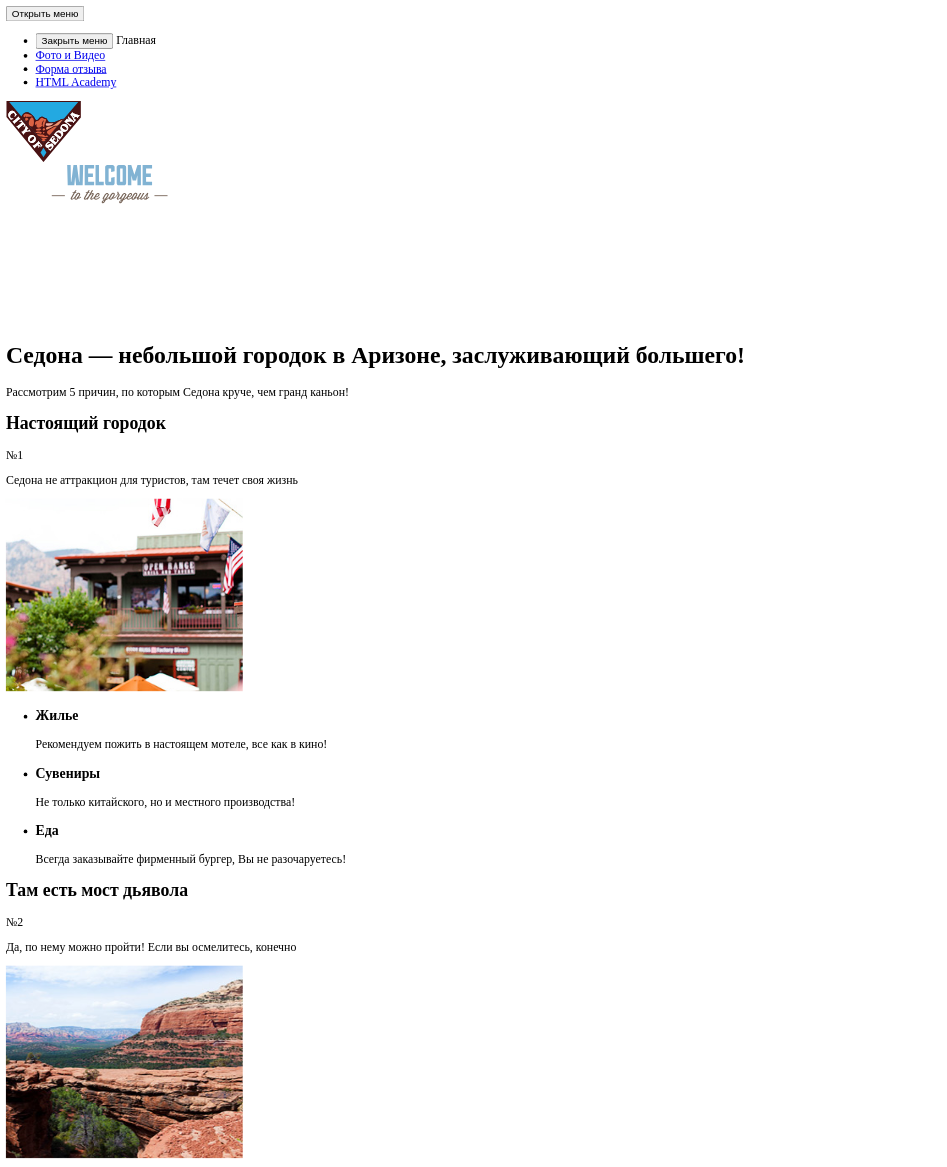
Repository: igorkrs/1076625-sedona-17
Page: source/index.html
An editor plug-in stored every save of this project. The page is shown before and after the next save, followed by the edit.
The browser window is 1280 px wide. The pictures show the whole page, at 74% of full size.

Above is the page before, as saved 2019-07-29 18:41:11.

After the next save:
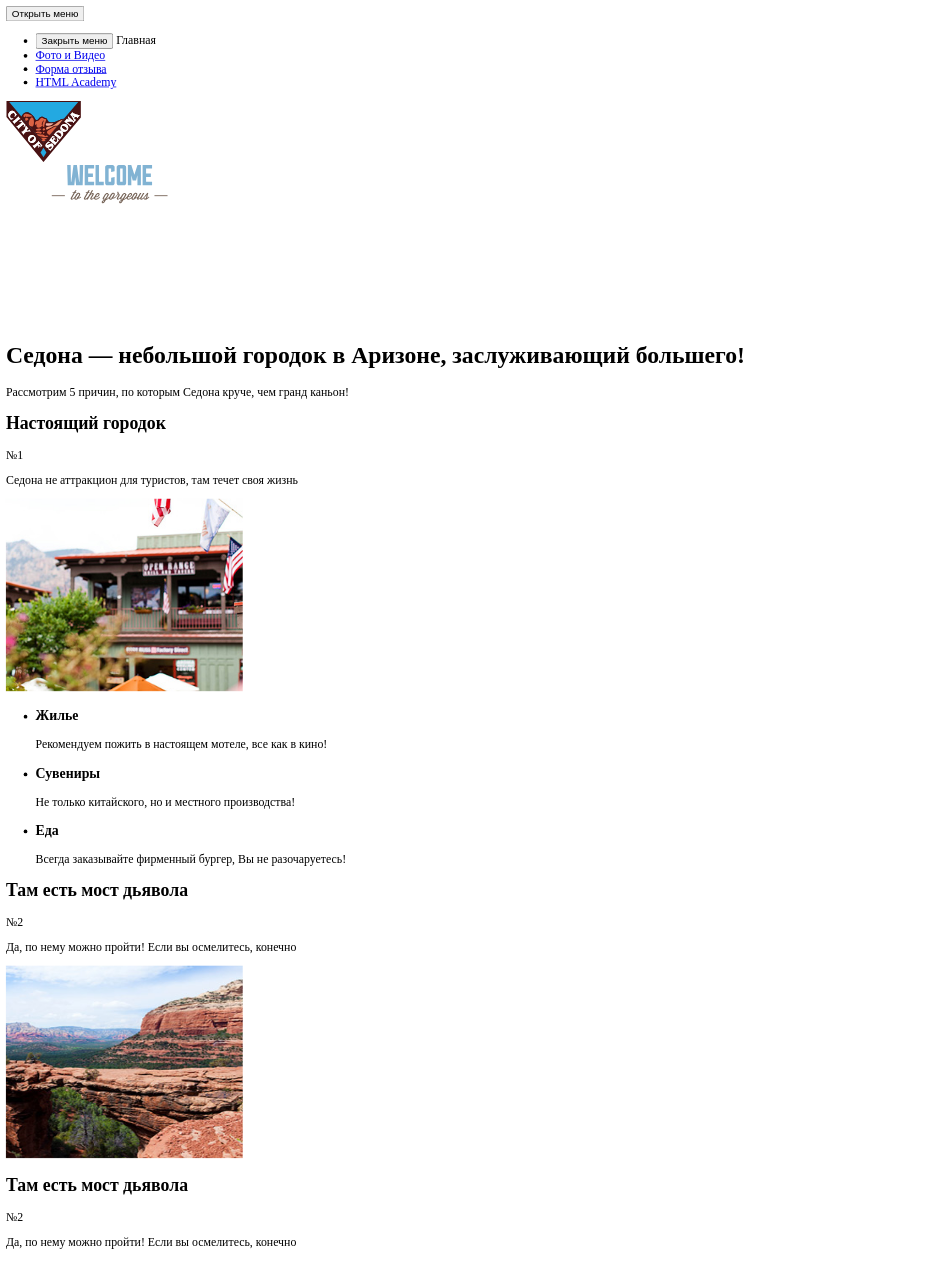
Saved 48 s later.
--- a/source/index.html
+++ b/source/index.html
@@ -68,6 +68,11 @@
         <img src="img/photo-bridge-mobile@1x.jpg" width="320px" height="260px" alt="Фото города"
           class="advantages__photo">
       </div>
+      <div class="advantages__item">
+        <h2 class="advantages__title">Там есть мост дьявола</h2>
+        <span class="advantages__number">№2</span>
+        <p class="advantages__description">Да, по нему можно пройти! Если вы осмелитесь, конечно</p>
+      </div>
     </section>
   </main>
 </body>
